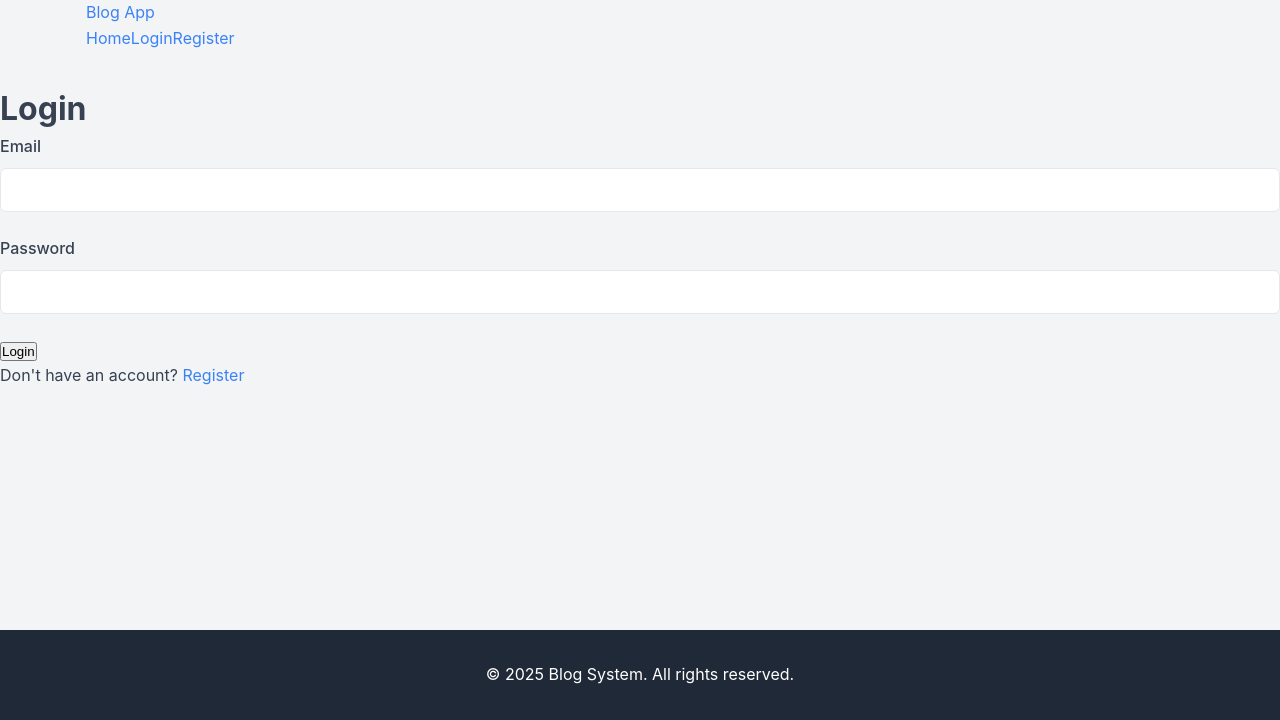
Repository: Vicae-a/Blog
Page: /profile (app in frontend/)
The author's editor kept a copy of each file at every save. The page is drawn from the files as they stood at one save, then again after a run of saves.
The browser window is 1280 px wide. The pictures show the whole page.
The project was rebuilt for these pictures with package versions that can differ from the ones it lists, and the page was loaded fresh each time. Also part of the build but not shown: frontend/vite.config.js, frontend/src/components/PostCard.jsx, frontend/src/components/Pagination.jsx, frontend/src/components/SearchBar.jsx, frontend/src/pages/Home.jsx, frontend/src/pages/Register.jsx, frontend/src/components/Comment.jsx, frontend/src/components/CommentForm.jsx and 5 more.

Above is the page before, as saved 2025-03-29 22:56:20.

After the next 2 saves:
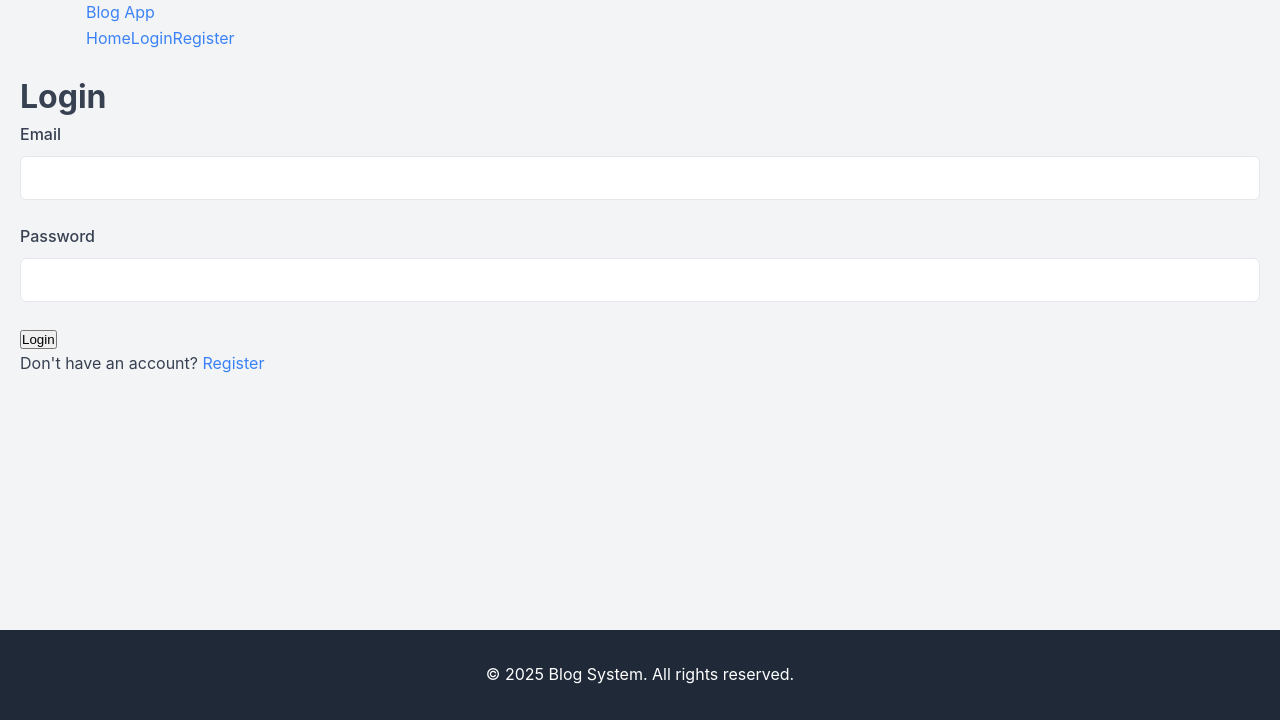
The 2 saves are shown as one change because they came seconds apart.
The last was saved 52 s later.
--- a/frontend/src/App.css
+++ b/frontend/src/App.css
@@ -67,9 +67,16 @@ img {
 }
 
 .main-content {
-  flex: 1;
-  padding: 2rem 0;
-}
+  flex-grow: 1;
+  padding: 20px;
+}
+
+.loading {
+  text-align: center;
+  font-size: 1.2rem;
+  margin-top: 20px;
+}
+
 
 /* Buttons */
 .btn {
